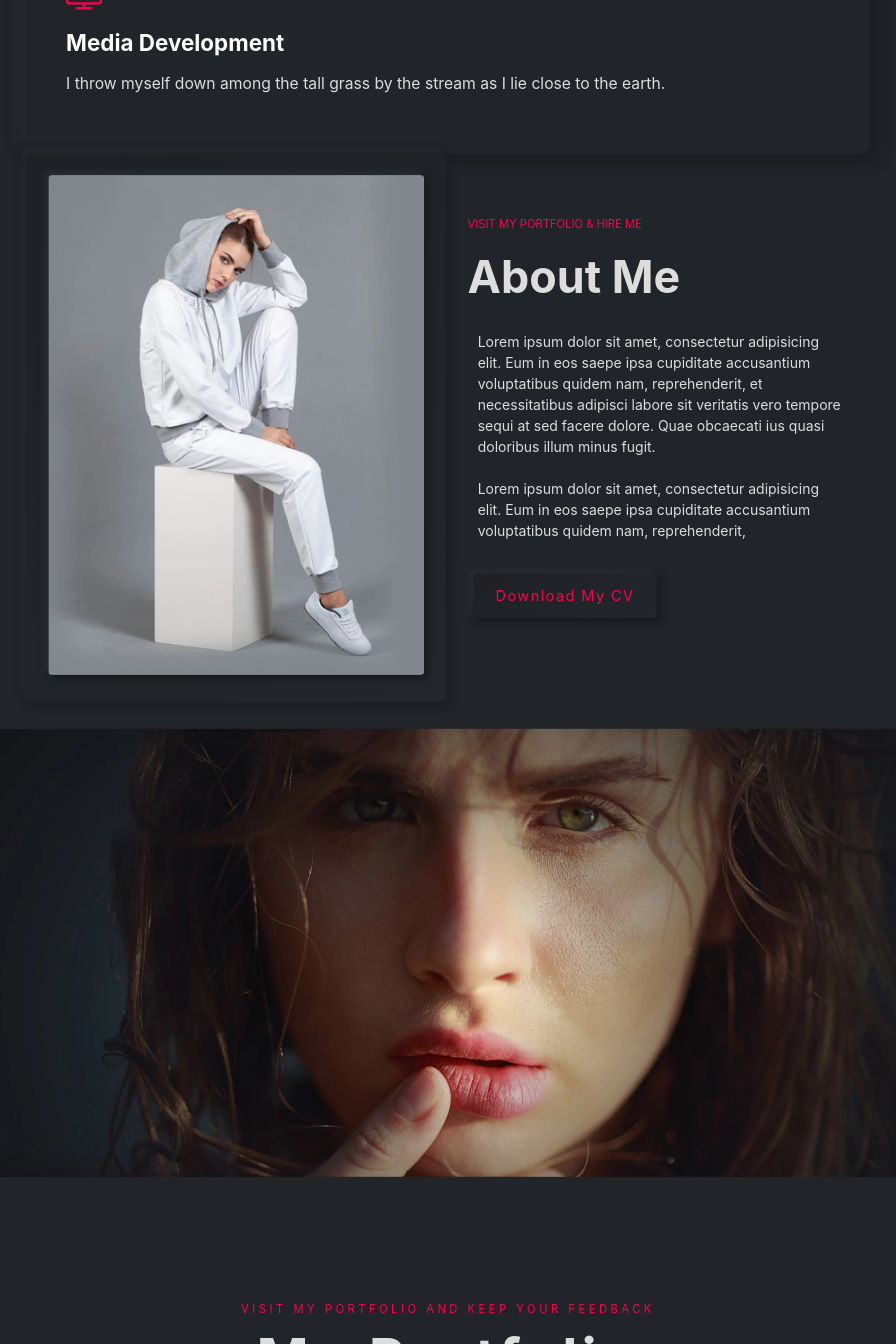
Repository: arminprogramme/inbio
Page: /
These files come from the project's save history. The page is drawn as it stood at one moment and after a run of saves; the edit follows.
The browser window is 1280 px wide. The pictures show the part of the page from y = 1773 to 3693 px (the page is 3812 px tall before and 3892 px after), at 70% of full size.
Backgrounds fixed to the window are drawn as part of the page. Some web libraries are served in a nearby version. The project was rebuilt for these pictures with package versions that can differ from the ones it lists, and the page was loaded fresh each time. Also part of the build but not shown: vite.config.js, src/index.css.

Above is the page before, as saved 2023-10-20 08:45:01.

### index.html
<!doctype html>
<html lang="en">

<head>
    <meta charset="UTF-8" />
    <link rel="icon" type="image/svg+xml" href="/vite.svg" />
    <link rel="stylesheet" href="https://cdnjs.cloudflare.com/ajax/libs/font-awesome/4.7.0/css/font-awesome.min.css">
    <link href="https://cdnjs.cloudflare.com/ajax/libs/flowbite/1.8.1/flowbite.min.css" rel="stylesheet" />
    <meta name="viewport" content="width=device-width, initial-scale=1.0" />
    <title>Vite + React</title>
</head>

<body>
    <div id="root"></div>
    <script src="https://cdnjs.cloudflare.com/ajax/libs/flowbite/1.8.1/flowbite.min.js"></script>
    <script type="module" src="/src/main.jsx"></script>
</body>

</html>

### src/App.jsx
import   { Component } from 'react';
import LandingPage from './Component/LandingPage.jsx'
import './App.css'

class App extends Component {


  render() {
    return (
    <div>
      <LandingPage />
    </div>
    );
  }


}

export default App;

### src/Component/LandingPage.jsx
import  { Component } from 'react';
import Header from './Header/Header.jsx'
import Body from './Body/Body.jsx'
//import Footer from './Footer/Footer.jsx'
class LandingPage extends Component {
    render() {
        return (
            <div>
                <Header/>
                <Body/>

            </div>
        );
    }
}

export default LandingPage;

### src/Component/Header/Header.jsx
import  { Component } from 'react';
import NavBar from './Navbar.jsx'
import './Header.css'
class Header extends Component {
    render() {
        return (
            <div>
                <NavBar/>
                <div className="banner-header text-center">
                    <h1 className='font-bold text-white'>KRISTINA SOMOLYER</h1>
                    <p>American Supermodel & Entrepreneur</p>
                </div>
            </div>
        );
    }
}

export default Header;

### src/Component/Body/Body.jsx
import  { Component } from 'react';
import Services from './Services/Services.jsx'
import About from './About/About.jsx'
import PortFolio from './PortFolio/PortFolio.jsx'
import './Body.css'
class Body extends Component {
    render() {
        return (
            <>
            <div className='black-bg  '>
                <div className="limit-width">
                    <Services/>
                    <About/>
                </div>
                <div className="girl-bg"></div>
                <div className="limit-width">
                   <PortFolio/>
                </div>
            </div>
            </>
        );
    }
}

export default Body;

### src/Component/Header/Navbar.jsx
import  { Component } from 'react';

class Navbar extends Component {
    render() {
        return (
            <div>

<nav className=" black-bg">
  <div className="max-w-screen-xl flex flex-wrap items-center justify-between mx-auto p-6">
    <a href="https://.com/" className="flex items-center">
       <h2 className='text-white'>React Project</h2>
    </a>
    <button data-collapse-toggle="navbar-default" type="button"  className="inline-flex items-center p-2 w-10 h-10 justify-center text-sm text-white rounded-lg md:hidden " aria-controls="navbar-default" aria-expanded="false">
    <i className="fa fa-bars text-white"></i>

    </button>
    <div className="hidden w-full md:block md:w-auto" id="navbar-default">
      <ul className="font-medium flex flex-col p-4 md:p-0 mt-4 border border-gray-100 rounded-lg text-white md:flex-row md:space-x-8 md:mt-0 md:border-0 black-bg">
        <li>
          <a href="#" className="block py-2 pl-3 pr-4 text-white md:hover:text-gray-700 dark:text-white md:dark:hover:text-gray-500 rounded md:bg-transparent md:p-0 " aria-current="page">Home</a>
        </li>
        <li>
          <a href="#" className="block py-2 pl-3 pr-4 text-gray-900 rounded hover:bg-gray-100 md:hover:bg-transparent md:border-0 md:hover:text-gray-700 md:p-0 dark:text-white md:dark:hover:text-gray-500 dark:hover:bg-gray-700 dark:hover:text-white md:dark:hover:bg-transparent">About</a>
        </li>
        <li>
          <a href="#" className="block py-2 pl-3 pr-4 text-gray-900 rounded md:hover:text-gray-700 md:p-0 dark:text-white md:dark:hover:text-gray-500 dark:hover:bg-gray-700 dark:hover:text-white md:dark:hover:bg-transparent">Services</a>
        </li>
        <li>
          <a href="#" className="block py-2 pl-3 pr-4 text-gray-900 rounded hover:bg-gray-100 md:hover:bg-transparent md:border-0 md:hover:text-gray-700 md:p-0 dark:text-white md:dark:hover:text-gray-500 dark:hover:bg-gray-700 dark:hover:text-white md:dark:hover:bg-transparent">Pricing</a>
        </li>
        <li>
          <a href="#" className="block py-2 pl-3 pr-4 text-gray-900 rounded hover:bg-gray-100 md:hover:bg-transparent md:border-0md:hover:text-gray-700 md:p-0 dark:text-white md:dark:hover:text-gray-500 dark:hover:bg-gray-700 dark:hover:text-white md:dark:hover:bg-transparent">Contact</a>
        </li>
      </ul>
    </div>
  </div>
</nav>

            </div>
        );
    }
}

export default Navbar;

### src/Component/Header/Header.css
.black-bg {
    background-color: #212428;
}

.banner-header {
    background-image: url(../../../bg-image-12.webp);
    background-position: center;
    background-size: cover;
    padding: 20.25rem 0;
}

.banner-header h1 {
    letter-spacing: 6px;
    font-size: 3.2rem;
}

.banner-header p {
    letter-spacing: 6px;
    font-size: 1.2rem;
    padding: 2rem 0;
    color: #fff;
}

### src/Component/Body/Services/Services.jsx
import  { Component } from 'react';
import ServicesItem from './ServicesItem.jsx'
import './Services.css'
class Services extends Component {

    constructor(props){
        super(props)

        this.state = {
            services : [
                {id : 1 , icon : 'red-color fa fa-bars' , title : 'Web Development' , text : 'I throw myself down among the tall grass by the stream as I lie close to the earth.'},
                {id : 2 , icon : 'red-color fa fa-book' , title : 'App Development' , text : 'It uses a dictionary of over 200 Latin words, combined with a handful of model sentence.'},
                {id : 3 , icon : 'red-color fa fa-television' , title : 'Media Development' , text : 'I throw myself down among the tall grass by the stream as I lie close to the earth.'},
            ]
        }
    }
    render() {
        return (
            <div>
              <div className="grid  grid-cols-1 lg:grid-cols-3 gap-8">
              {this.state.services.map(services => {
                return <ServicesItem key={services.id} {...services} />
               })}
              </div>
            </div>
        );
    }
}

export default Services;

### src/Component/Body/About/About.jsx
import  { Component } from 'react';
import ButtonSpecial from '../Buttons/ButtonSpecial.jsx'
import   './About.css'
class About extends Component {

    constructor(props){
        super(props)

        this.state= {
            title : 'Download My CV'
        }
    }
    render() {
        return (
            <div className=' my-36'>
                <div className="about-container  grid grid-cols-1 lg:grid-cols-2 gap-2">
                    <div className="img-about">
                        <div className="inner-img-about">
                            <img src="about-5.webp" className='rounded' alt="" />
                        </div>
                    </div>
                    <div className="content-about">
                        <h5 className='red-color'>VISIT MY PORTFOLIO & HIRE ME</h5>
                        <h2>About Me</h2>
                        <p>Lorem ipsum dolor sit amet, consectetur adipisicing elit. Eum in eos saepe ipsa cupiditate accusantium voluptatibus quidem nam, reprehenderit, et necessitatibus adipisci labore sit veritatis vero tempore sequi at sed facere dolore. Quae obcaecati ius quasi doloribus illum minus fugit.</p>
                        <p>Lorem ipsum dolor sit amet, consectetur adipisicing elit. Eum in eos saepe ipsa cupiditate accusantium voluptatibus quidem nam, reprehenderit,</p>

                       <div className="mx-2 my-8 button-about">
                       <ButtonSpecial title={this.state.title}/>
                       </div>
                    </div>
                </div>
            </div>
        );
    }
}

export default About;

### src/Component/Body/PortFolio/PortFolio.jsx
import  { Component } from 'react';
import './Portfolio.css'
class PortFolio extends Component {
    render() {
        return (
            <div>
                <div className="title-portfolio text-center">
                    <h5 className='red-color'>VISIT MY PORTFOLIO AND KEEP YOUR FEEDBACK</h5>
                    <h2>My Portfolio</h2>
                </div>
            </div>
        );
    }
}

export default PortFolio;

### src/Component/Body/Body.css
.limit-width {
    max-width: 1450px;
    padding: 6rem 3% 3%;
    margin: auto;
}

.girl-bg {
    background-image: url(../../../bg-image-8.webp);
    padding: 20em;
    background-attachment: fixed;
    background-size: cover;
    width: 100%;
    background-position: center;
    margin-bottom: 5rem;
}

### src/Component/Body/Services/ServicesItem.jsx
import { Component } from 'react';

class ServicesItem extends Component {
    render() {
        return (
            <div className='services-item'>
                <div className="icon-services">
                    <i className={this.props.icon}></i>
                </div>
                <div className="content-services">
                <h2 className='font-bold'>{this.props.title}</h2>
                <p>{this.props.text}</p>
                </div>
            </div>
        );
    }
}

export default ServicesItem;

### src/Component/Body/Services/Services.css
.icon-services i {
    font-size: 3rem;
}

.red-color {
    color: #f8024e;
}

.content-services {
    padding: 1.2rem 0;
    color: #FDFDFE;
}

.content-services h2 {
    font-size: 2rem;
    padding-bottom: 1rem;
}

.content-services p {
    line-height: 2.25rem;
    font-size: 1.4rem;
}

.services-item {
    border-radius: 12px;
    transition: 0.5s!important;
    padding: 4rem 3.5rem;
    background: #212428;
    box-shadow: 10px 10px 20px #1b1e21, -10px -10px 20px #272a2f;
    -webkit-transition: 0.5s!important;
    -moz-transition: 0.5s!important;
    -ms-transition: 0.5s!important;
    -o-transition: 0.5s!important;
    cursor: pointer;
}

.services-item:hover {
    border-radius: 12px;
    transform: translateY(-1.2rem);
    transition: 0.5s!important;
    background: linear-gradient(145deg, #23272b, #16171a);
    box-shadow: 10px 10px 13px #1b1e21, -10px -10px 13px #272a2f;
    -webkit-transition: 0.5s!important;
    -moz-transition: 0.5s!important;
    -ms-transition: 0.5s!important;
    -o-transition: 0.5s!important;
    -webkit-transform: translateY(-1.2rem);
    -moz-transform: translateY(-1.2rem);
    -ms-transform: translateY(-1.2rem);
    -o-transform: translateY(-1.2rem);
}

### src/Component/Body/Buttons/ButtonSpecial.jsx
import  { Component } from 'react';
import   './Buttons.css'
class ButtonSpecial extends Component {
    render() {
        return (
           <button className='sp-button red-color'>{this.props.title}</button>
        );
    }
}

export default ButtonSpecial;

### src/Component/Body/About/About.css
.img-about {
    padding: 1.9rem;
    border-radius: 5px;
    background: linear-gradient(145deg, #1e2024, #23272b);
    box-shadow: 5px 5px 10px #1d1f23, -5px -5px 10px #25292d;
    max-width: 100%;
}

.inner-img-about {
    border-radius: 10px;
    background: #212428;
    box-shadow: 5px 5px 10px #17191c, -5px -5px 10px #2b2f34;
    -webkit-border-radius: 10px;
    -moz-border-radius: 10px;
    -ms-border-radius: 10px;
    -o-border-radius: 10px;
    width: 100%;
    height: auto;
    border-radius: 5px;
    overflow: hidden;
}

.inner-img-about img {
    width: 100%;
    border-radius: 5px!important;
    -webkit-border-radius: 5px!important;
    -moz-border-radius: 5px!important;
    -ms-border-radius: 5px!important;
    transition: 0.5s ease;
    -o-border-radius: 5px!important;
}

.inner-img-about img:hover {
    transform: scale(1.1);
    /*zoomintheimageupto30%*/
    cursor: pointer;
    -webkit-transform: scale(1.1);
    -moz-transform: scale(1.1);
    -ms-transform: scale(1.1);
    -o-transform: scale(1.1);
}

.content-about {
    margin: 5.5rem 1.5rem;
}

.content-about h2,
p {
    color: #ddd;
}

.content-about h2 {
    font-size: 4rem;
    padding: 1rem 0;
    font-weight: bold;
}

.content-about p {
    font-size: 1.25rem;
    padding: 0.9rem;
}

### src/Component/Body/PortFolio/Portfolio.css
.title-portfolio h2 {
    font-size: 5rem;
    color: #ddd;
    font-weight: bold;
    letter-spacing: 6px;
}

.title-portfolio h5 {
    font-size: 1rem;
    letter-spacing: 5px;
}

### src/Component/Body/Buttons/Buttons.css
.sp-button {
    border-radius: 5px;
    background: linear-gradient(145deg, #1e2024, #23272b);
    box-shadow: 5px 5px 10px #17191c, -5px -5px 10px #2b2f34;
    padding: 1rem 2rem;
    font-size: 1.3rem;
    -webkit-border-radius: 5px;
    -moz-border-radius: 5px;
    letter-spacing: 2px;
    -ms-border-radius: 5px;
    transition: 0.3s;
    -o-border-radius: 5px;
    -webkit-transition: 0.3s;
    -moz-transition: 0.3s;
    -ms-transition: 0.3s;
    -o-transition: 0.3s;
}

.sp-button:hover {
    transition: 0.3s;
    border-radius: 5px;
    transform: translateY(-3px);
    background: linear-gradient(145deg, #23272b, #1e2024);
    box-shadow: 5px 5px 10px #17191c, -5px -5px 10px #2b2f34;
    -webkit-border-radius: 5px;
    -moz-border-radius: 5px;
    -ms-border-radius: 5px;
    -o-border-radius: 5px;
    -webkit-transition: 0.3s;
    -moz-transition: 0.3s;
    -ms-transition: 0.3s;
    -o-transition: 0.3s;
    -webkit-transform: translateY(-3px);
    -moz-transform: translateY(-3px);
    -ms-transform: translateY(-3px);
    -o-transform: translateY(-3px);
}

Loaded but not shown: src/main.jsx (common file); src/App.css (common file)

After the next 2 saves:
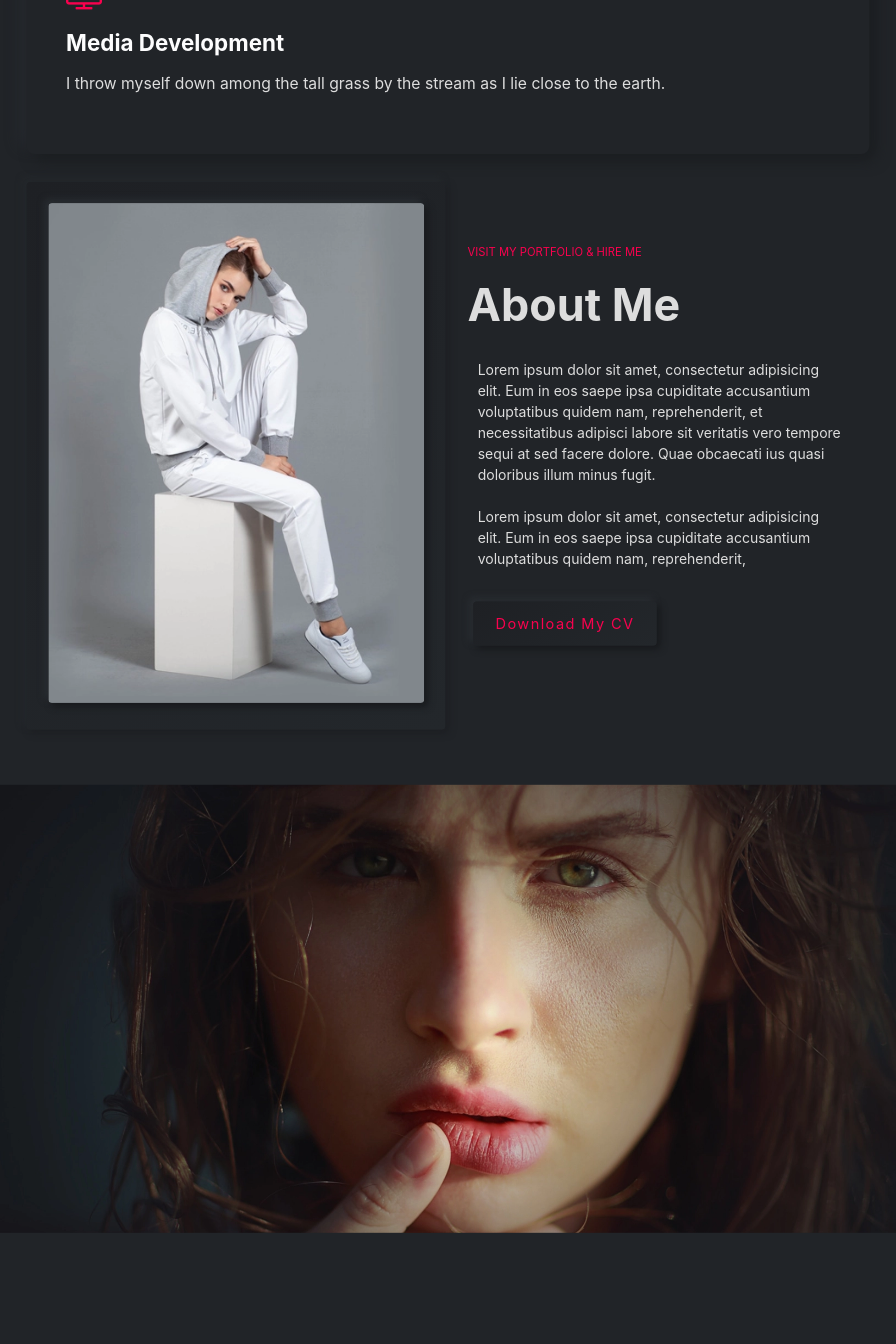
The 2 saves are shown as one change because they came seconds apart.
The last was saved 18 s later.
--- a/src/Component/Body/About/About.jsx
+++ b/src/Component/Body/About/About.jsx
@@ -12,7 +12,7 @@ class About extends Component {
     }
     render() {
         return (
-            <div className=' my-36'>
+            <div className=' my-10'>
                 <div className="about-container  grid grid-cols-1 lg:grid-cols-2 gap-2">
                     <div className="img-about">
                         <div className="inner-img-about">
